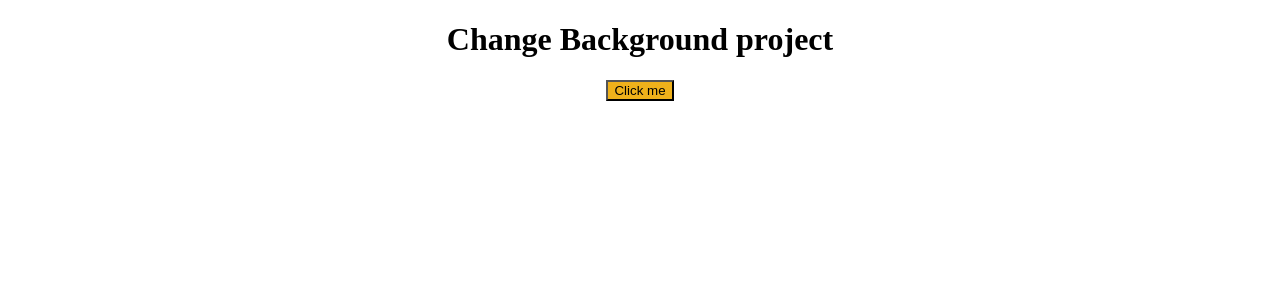
Repository: NiutaR/changeColors-dom
Page: index.html
An editor plug-in stored every save of this project. The page is shown before and after a run of saves, followed by the edit.
The browser window is 1280 px wide. The pictures show the whole page.

Above is the page before, as saved 2021-07-20 16:28:40.

After the next 2 saves:
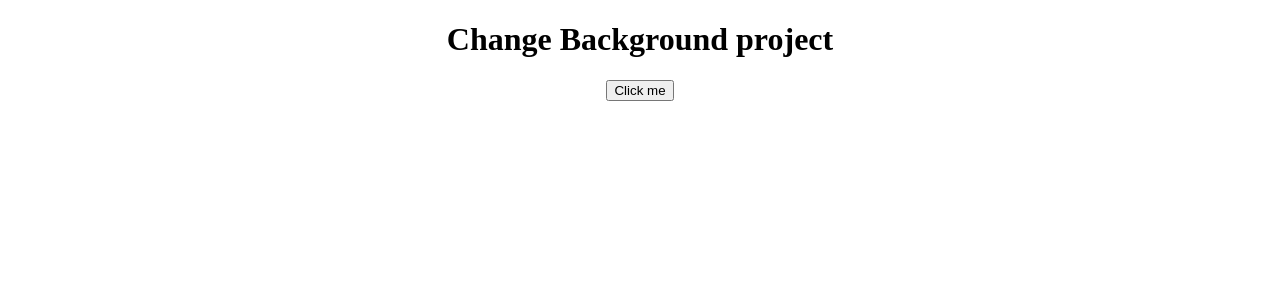
The 2 saves are shown as one change because they came seconds apart.
The last was saved 44 s later.
--- a/index.js
+++ b/index.js
@@ -13,4 +13,4 @@ element.style.textAlign = 'center';
 // Change bg
 
 let randomColor = Math.floor(Math.random() * 16777215).toString(16);
-document.getElementById('btnId').style.backgroundColor = '#' + randomColor;
+document.getElementById('btnId').style.backgroundColor =   randomColor;
